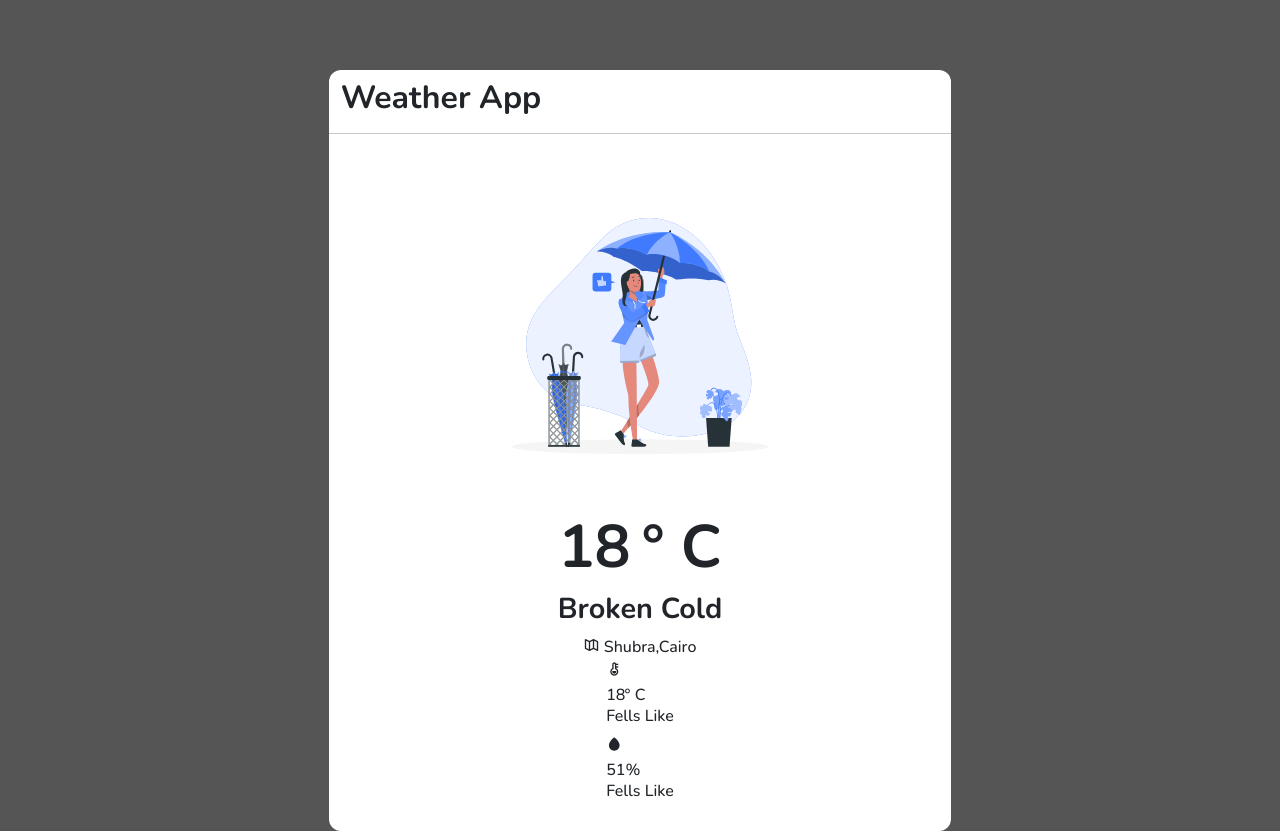
Repository: youssef168/Weather-App
Page: index.htm
An editor plug-in stored every save of this project. The page is shown before and after the next save, followed by the edit.
The browser window is 1280 px wide. The pictures show the whole page.

Above is the page before, as saved 2021-12-28 20:04:58.

After the next save:
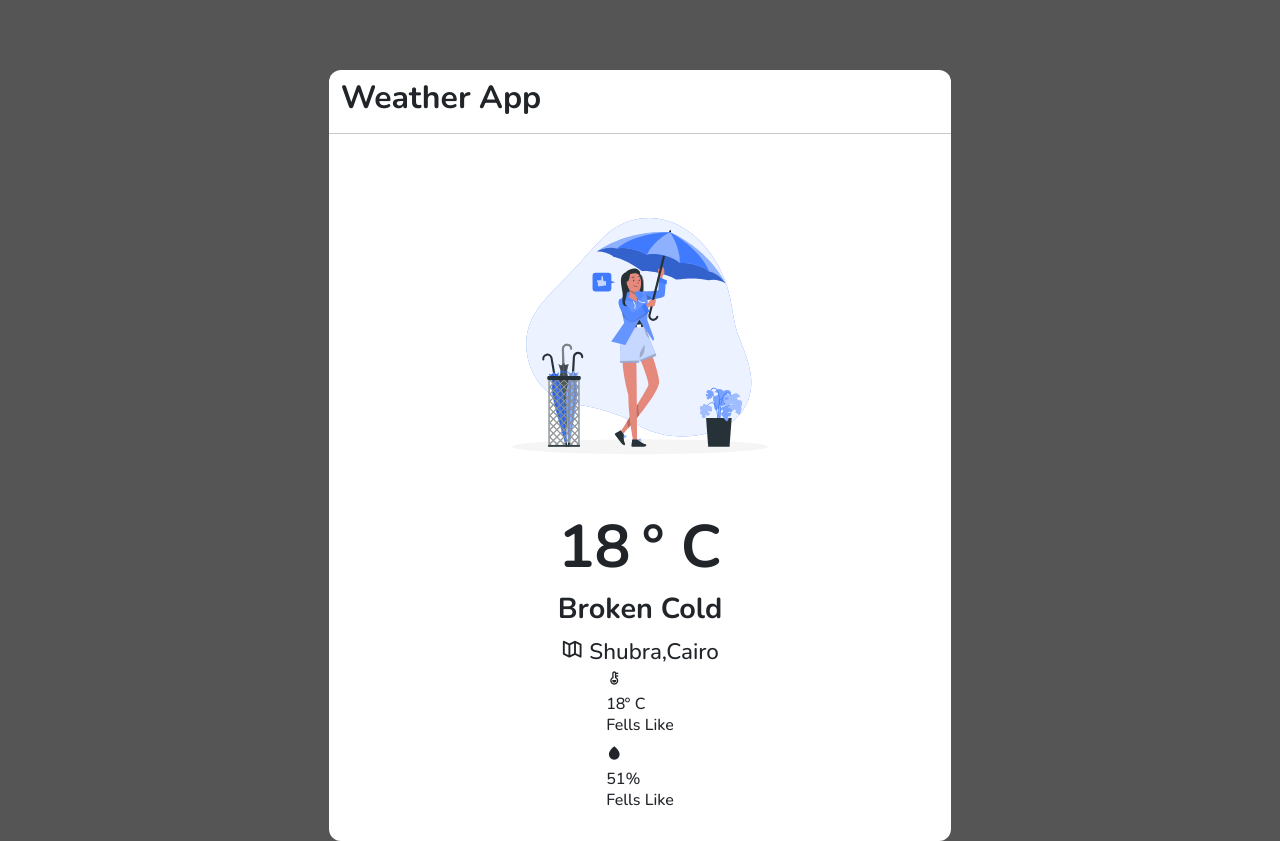
Saved 73 s later.
--- a/style.css
+++ b/style.css
@@ -55,3 +55,7 @@ h2 {
     font-weight: bolder;
     font-size: 1.8rem;
 }
+
+.location {
+    font-size: 1.4rem;
+}
